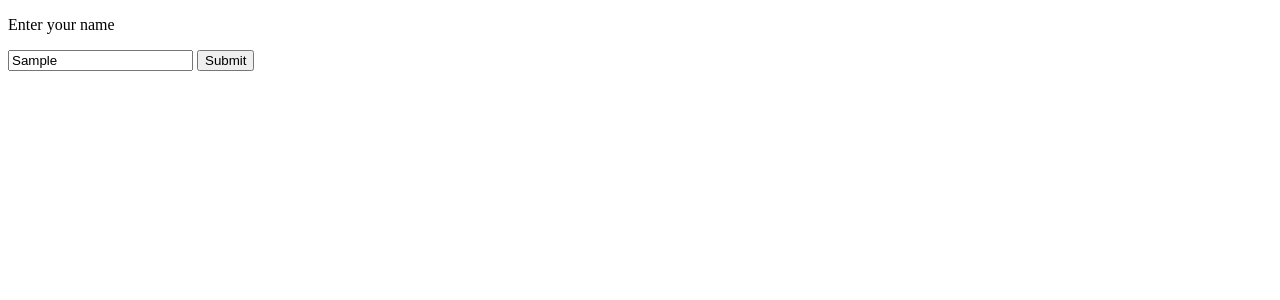
Repository: anmho/rock-paper-scissors
Page: index.html
An editor plug-in stored every save of this project. The page is shown before and after the next save, followed by the edit.
The browser window is 1280 px wide. The pictures show the whole page.
Empty fields were first filled with sample values (such as "Sample", 5 or name@example.com).
After loading, the first visible `#submitName` was clicked once.

Above is the page before, as saved 2021-10-26 21:31:35.

### index.html
<!DOCTYPE html>
<html lang="en">
  <head>
    <meta charset="UTF-8" />
    <meta http-equiv="X-UA-Compatible" content="IE=edge" />
    <meta name="viewport" content="width=device-width, initial-scale=1.0" />
    <title>Document</title>
  </head>

  <body id="body">
    <p>Enter your name</p>

    <form>
      <input type="text" id="enterName" />
      <button type="button" id="submitName">Submit</button>
    </form>
    <!-- <p id="greeting"></p> -->
  </body>
</html>

<script src="app.js"></script>

### app.js
const nameField = document.getElementById("submitName");

const renderGreeting = () => {
  const textField = document.getElementById("enterName");

  const greeting = document.createElement('p');
  greeting.id = 'greeting';

  greeting.innerHTML = `Hello ${textField.value}`;

  const body = document.getElementById('body');
  body.appendChild



};

nameField.addEventListener("click", renderGreeting);

After the next save:
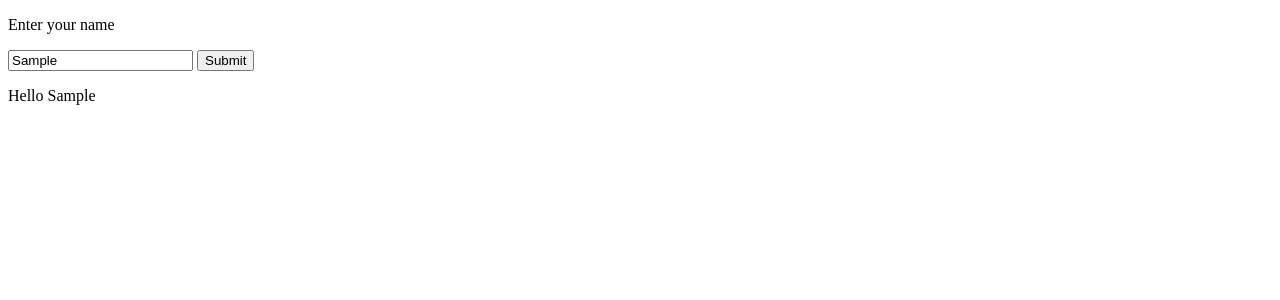
Saved 4 s later.
--- a/app.js
+++ b/app.js
@@ -9,7 +9,7 @@ const renderGreeting = () => {
   greeting.innerHTML = `Hello ${textField.value}`;
 
   const body = document.getElementById('body');
-  body.appendChild
+  body.appendChild(greeting);
 
 
 
